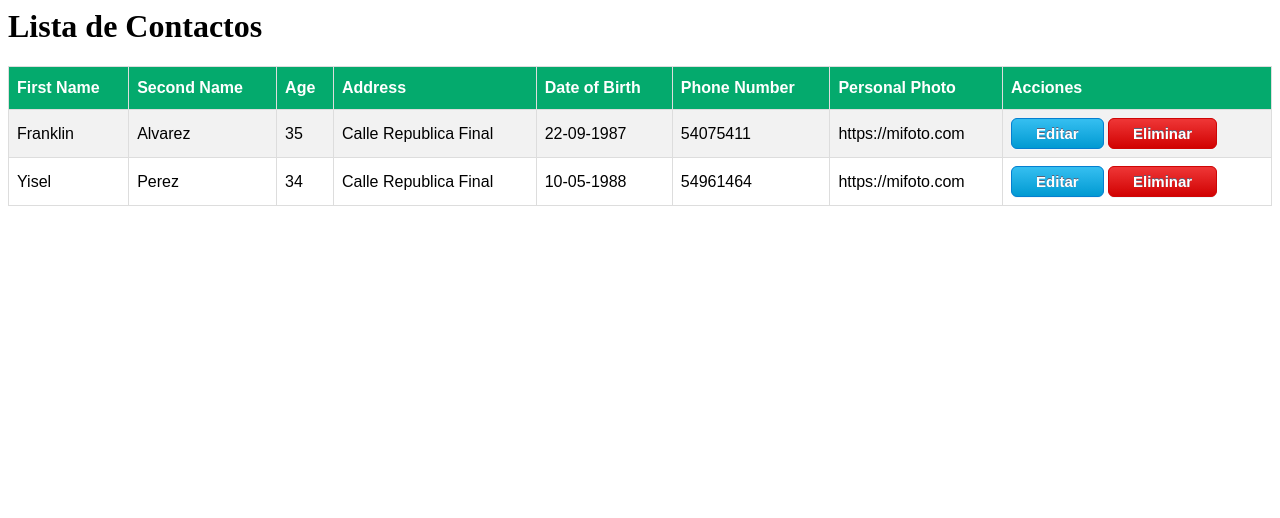
Repository: fgala1619/frontSistGestionBank
Page: index.html
The author's editor kept a copy of each file at every save. The page is drawn from the files as they stood at one save, then again after the next save.
The browser window is 1280 px wide. The pictures show the whole page.

Above is the page before, as saved 2023-07-26 12:37:32.

### index.html
<link rel="stylesheet" href="style.css" />

<h1>Lista de Contactos</h1>

<table id="customers">
    <tr>
        <th>First Name</th>
        <th>Second Name</th>
        <th>Age</th>
        <th>Address</th>
        <th>Date of Birth</th>
        <th>Phone Number</th>
        <th>Personal Photo</th>
        <th>Acciones</th>
    </tr>

    <tr>
        <td>Franklin</td>
        <td>Alvarez</td>
        <td>35</td>
        <td>Calle Republica Final</td>
        <td>22-09-1987</td>
        <td>54075411</td>
        <td>https://mifoto.com</td>
        <td>
            <a href="#" class="myButton">Editar</a>
            <a href="#" class="btnDelete">Eliminar</a>
        </td>
    </tr>

    <tr>
        <td>Yisel</td>
        <td>Perez</td>
        <td>34</td>
        <td>Calle Republica Final</td>
        <td>10-05-1988</td>
        <td>54961464</td>
        <td>https://mifoto.com</td>
        <td>
            <a href="#" class="myButton">Editar</a>
            <a href="#" class="btnDelete">Eliminar</a>
        </td>
    </tr>
</table>

### style.css
#customers {
        font-family: Arial, Helvetica, sans-serif;
        border-collapse: collapse;
        width: 100%;
    }

    #customers td, #customers th {
        border: 1px solid #ddd;
        padding: 8px;
    }

    #customers tr:nth-child(even){background-color: #f2f2f2;}
    #customers tr:hover{background-color:#ddd;}

    #customers th{
        padding-top: 12px;
        padding-bottom: 12px;
        text-align: left;
        background-color: #04AA6D;
        color: white;
    }

    .myButton{
        box-shadow: 0px 1px 0px 0px #f0f7fa;
        background: linear-gradient(to bottom, #33bdef 5%, #019ad2 100%);
        background-color:#33bdef;
        border-radius: 6px;
        border: 1px solid #057fd0;
        display: inline-block;
        cursor: pointer;
        color: #ffffff;
        font-family: Arial;
        font-size: 15px;
        font-weight: bold;
        padding: 6px 24px;
        text-decoration: none;
        text-shadow: 0px -1px 0px #5b6178;
    }
    .myButton:hover{
        background: linear-gradient(to bottom, #019ad2 5%, #33bdef 100%);
        background-color:#019ad2;
    }
    .myButton:active{
        position: relative;
        top: 1px;
    }

    .btnDelete{
        box-shadow: 0px 1px 0px 0px #f0f7fa;
        background: linear-gradient(to bottom, #ed3434 5%, #d10202 100%);
        background-color:#ed3434;
        border-radius: 6px;
        border: 1px solid #cf0606;
        display: inline-block;
        cursor: pointer;
        color: #ffffff;
        font-family: Arial;
        font-size: 15px;
        font-weight: bold;
        padding: 6px 24px;
        text-decoration: none;
        text-shadow: 0px -1px 0px #5b6178;
    }
    .btnDelete:hover{
        background: linear-gradient(to bottom, #d10202 5%, #ed3434 100%);
        background-color:#d10202;
    }
    .btnDelete:active{
        position: relative;
        top: 1px;
    }

After the next save:
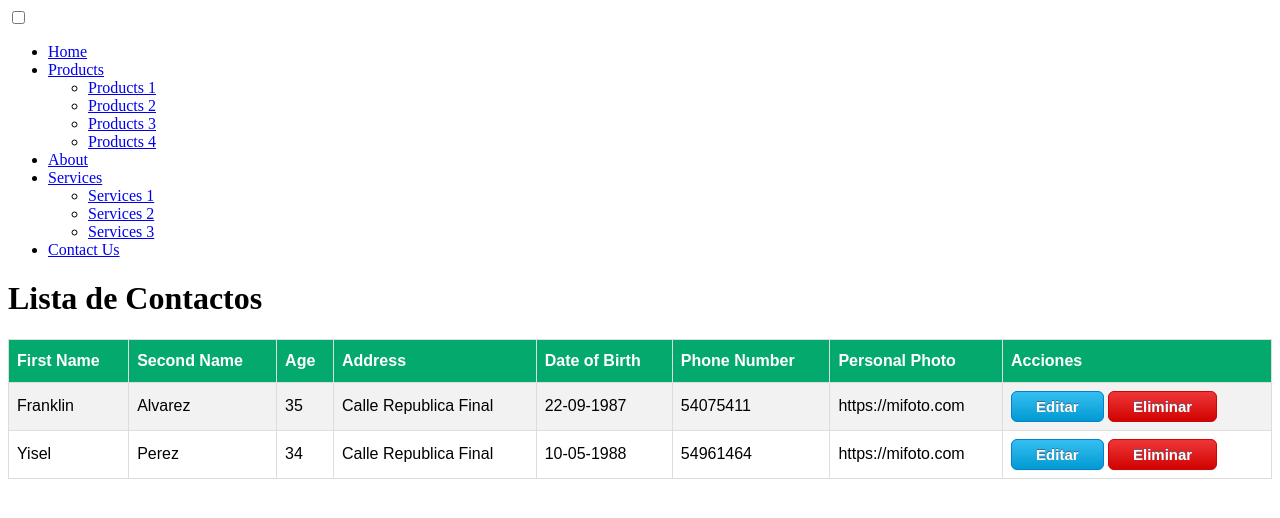
Saved 8 min 24 s later.
--- a/index.html
+++ b/index.html
@@ -1,4 +1,31 @@
 <link rel="stylesheet" href="style.css" />
+
+<nav id='menu'>
+  <input type='checkbox' id='responsive-menu' onclick='updatemenu()'><label></label>
+  <ul>
+    <li><a href='http://'>Home</a></li>
+    <li><a class='dropdown-arrow' href='http://'>Products</a>
+      <ul class='sub-menus'>
+        <li><a href='http://'>Products 1</a></li>
+        <li><a href='http://'>Products 2</a></li>
+        <li><a href='http://'>Products 3</a></li>
+        <li><a href='http://'>Products 4</a></li>
+      </ul>
+    </li>
+    <li><a href='http://'>About</a></li>
+    <li><a class='dropdown-arrow' href='http://'>Services</a>
+      <ul class='sub-menus'>
+        <li><a href='http://'>Services 1</a></li>
+        <li><a href='http://'>Services 2</a></li>
+        <li><a href='http://'>Services 3</a></li>
+      </ul>
+    </li>
+    <li><a href='http://'>Contact Us</a></li>
+  </ul>
+</nav>
+
+
+
 
 <h1>Lista de Contactos</h1>
 
